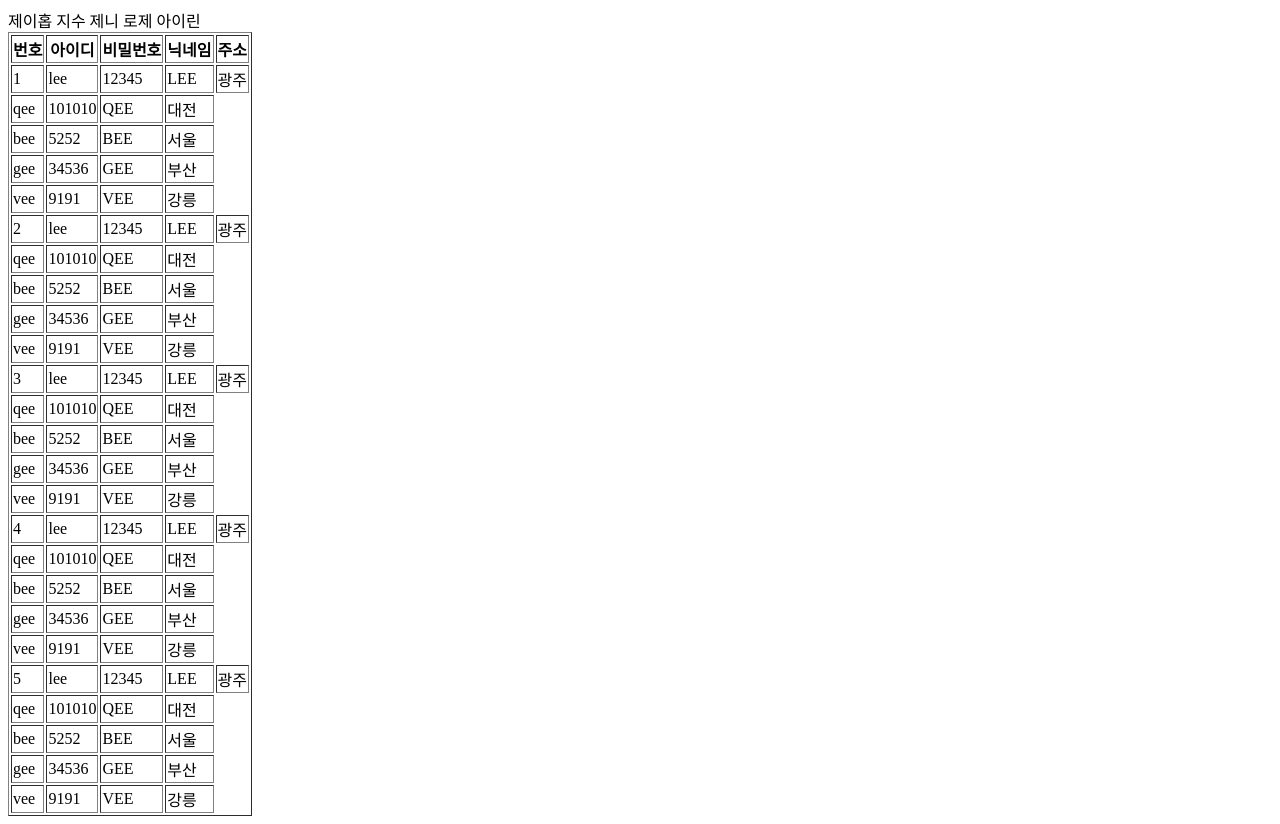
Repository: lee010207/HTML-CSS-JS
Page: http://localhost/EL_JSTL/JSTL_Final.jsp
These files come from the project's save history. The page is drawn as it stood at one moment and after the next save; the edit follows.
The browser window is 1280 px wide. The pictures show the whole page.
The page is served by Tomcat 9.

Above is the page before, as saved 2023-09-04 00:46:50.

### 04. Server/EL_JSTL/src/main/webapp/JSTL_Final.jsp
<%@page import="com.MemberDTO"%>
<%@page import="java.util.ArrayList"%>
<%@ page language="java" contentType="text/html; charset=EUC-KR"
    pageEncoding="EUC-KR"%>

<%-- 태그 라이브러리를 추가하겠다고 지시자를 추가해줘야 함 -> JSTL 사용가능 --%>
<%@ taglib prefix="c" uri="http://java.sun.com/jsp/jstl/core"%>
<!DOCTYPE html>
<html>
<head>
<meta charset="EUC-KR">
<title>Insert title here</title>
</head>
<body>

	<%
		ArrayList<String> idol = new ArrayList<String>();
		idol.add("제이홉");
		idol.add("지수");
		idol.add("제니");
		idol.add("로제");
		idol.add("아이린");
		pageContext.setAttribute("idol", idol);

	%>
	<c:forEach items="${idol }" var="name">
		${name}
	</c:forEach>
	<br>
	<%
		MemberDTO dto1 = new MemberDTO("lee", "12345","LEE","광주");
		MemberDTO dto2 = new MemberDTO("qee", "101010","QEE","대전");
		MemberDTO dto3 = new MemberDTO("bee", "5252","BEE","서울");
		MemberDTO dto4 = new MemberDTO("gee", "34536","GEE","부산");
		MemberDTO dto5 = new MemberDTO("vee", "9191","VEE","강릉");

		ArrayList<MemberDTO> list = new ArrayList<MemberDTO>();
		list.add(dto1);
		list.add(dto2);
		list.add(dto3);
		list.add(dto4);
		list.add(dto5);

		pageContext.setAttribute("list", list);

	%>

	<table border="1px">
		<tr>
			<th>번호</th>
			<th>아이디</th>
			<th>비밀번호</th>
			<th>닉네임</th>
			<th>주소</th>
		</tr>

	<c:forEach var="num" begin="1" end="5" step="1">
			<tr>
			<td>${num }</td>

		<c:forEach items="${list }" var="info">


			<td>${info.id}</td>
			<td>${info.pw}</td>
			<td>${info.nick}</td>
			<td>${info.addr}</td>
			</tr>
			</c:forEach>

		</c:forEach>
	</table>

</body>
</html>

### 04. Server/EL_JSTL/src/main/java/com/MemberDTO.java
package com;

public class MemberDTO {
	private String id;
	private String pw;
	private String nick;
	private String addr;


	public String getId() {
		return id;
	}
	public String getPw() {
		return pw;
	}
	public String getNick() {
		return nick;
	}
	public String getAddr() {
		return addr;
	}
	public void setId(String id) {
		this.id = id;
	}
	public void setPw(String pw) {
		this.pw = pw;
	}
	public void setNick(String nick) {
		this.nick = nick;
	}
	public void setAddr(String addr) {
		this.addr = addr;
	}
	public MemberDTO(String id, String pw, String nick, String addr) {

		this.id = id;
		this.pw = pw;
		this.nick = nick;
		this.addr = addr;
	}



}

After the next save:
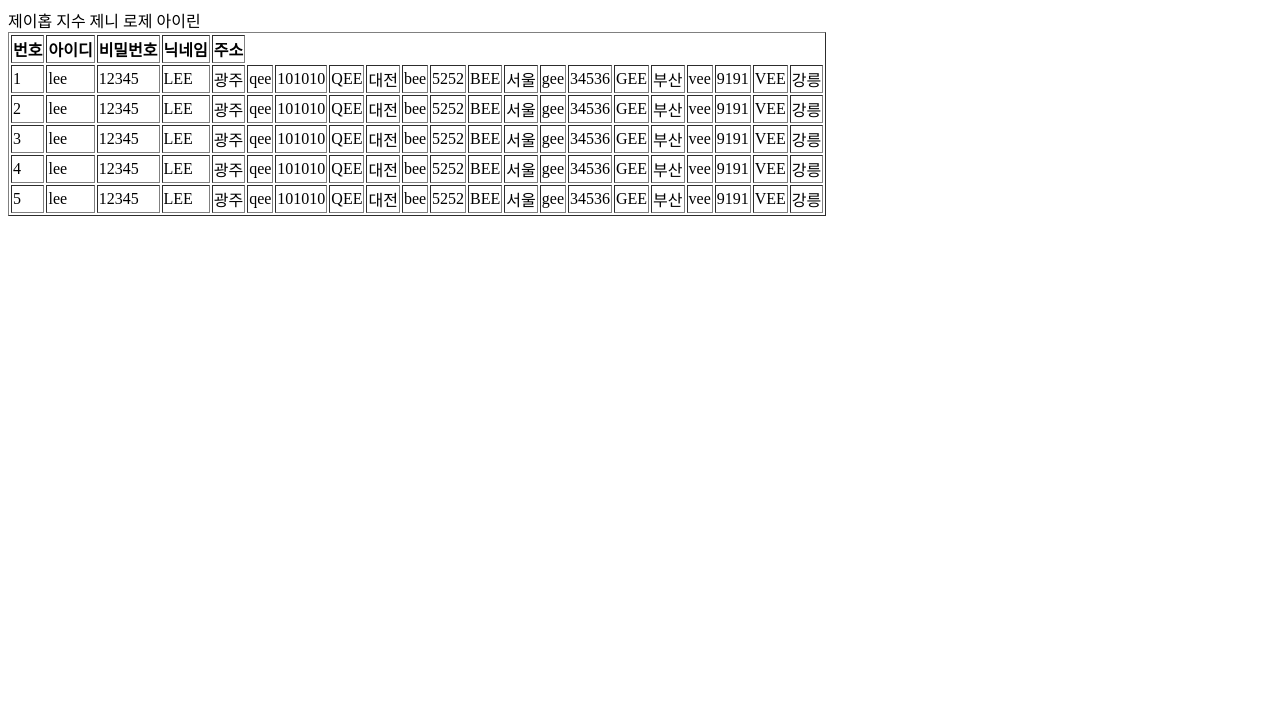
Saved 62 s later.
--- a/04. Server/EL_JSTL/src/main/webapp/JSTL_Final.jsp
+++ b/04. Server/EL_JSTL/src/main/webapp/JSTL_Final.jsp
@@ -58,16 +58,15 @@
 			<tr>
 			<td>${num }</td>
 
-		<c:forEach items="${list }" var="info">
+			<c:forEach items="${list }" var="info">
 
+				<td>${info.id}</td>
+				<td>${info.pw}</td>
+				<td>${info.nick}</td>
+				<td>${info.addr}</td>
 
-			<td>${info.id}</td>
-			<td>${info.pw}</td>
-			<td>${info.nick}</td>
-			<td>${info.addr}</td>
+			</c:forEach>
 			</tr>
-			</c:forEach>
-
 		</c:forEach>
 	</table>
 
